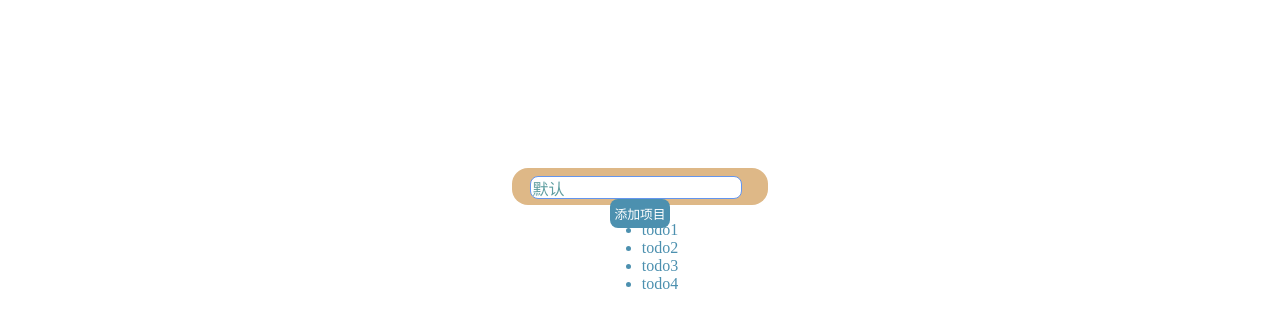
Repository: ArtemisWang/todolistProject
Page: /
These files come from the project's save history. The page is drawn as it stood at one moment and after the next save; the edit follows.
The browser window is 1280 px wide. The pictures show the whole page.
The project was rebuilt for these pictures with package versions that can differ from the ones it lists, and the page was loaded fresh each time.

Above is the page before, as saved 2020-02-28 22:12:25.

After the next save:
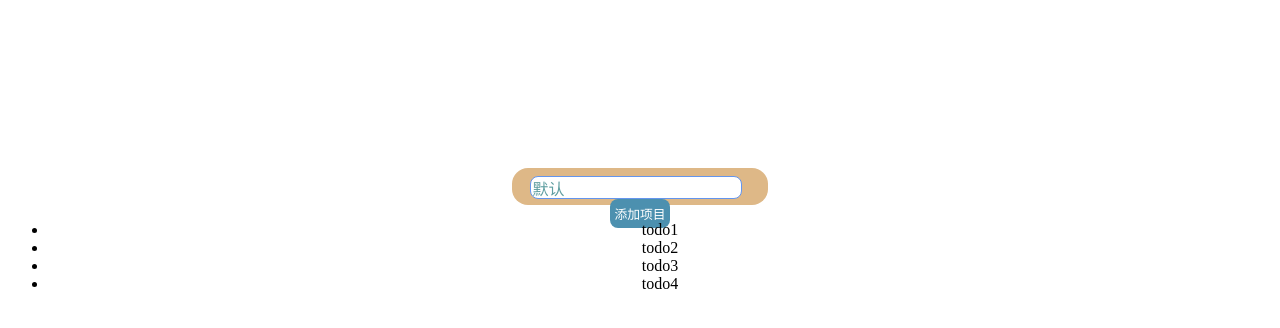
Saved 7 s later.
--- a/src/App.css
+++ b/src/App.css
@@ -36,8 +36,6 @@
     display: inline-block;
     font-size: .8rem;
     border-radius: .5rem;
-    margin-bottom: 1rem;
-}
 
 .todo-list {
     display: flex;

After the save that followed:
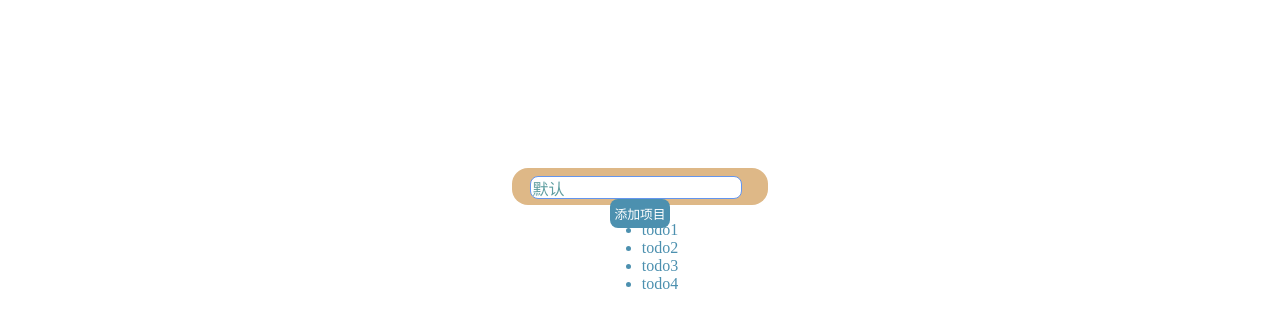
Saved 8 s later.
--- a/src/App.css
+++ b/src/App.css
@@ -36,6 +36,7 @@
     display: inline-block;
     font-size: .8rem;
     border-radius: .5rem;
+}
 
 .todo-list {
     display: flex;
